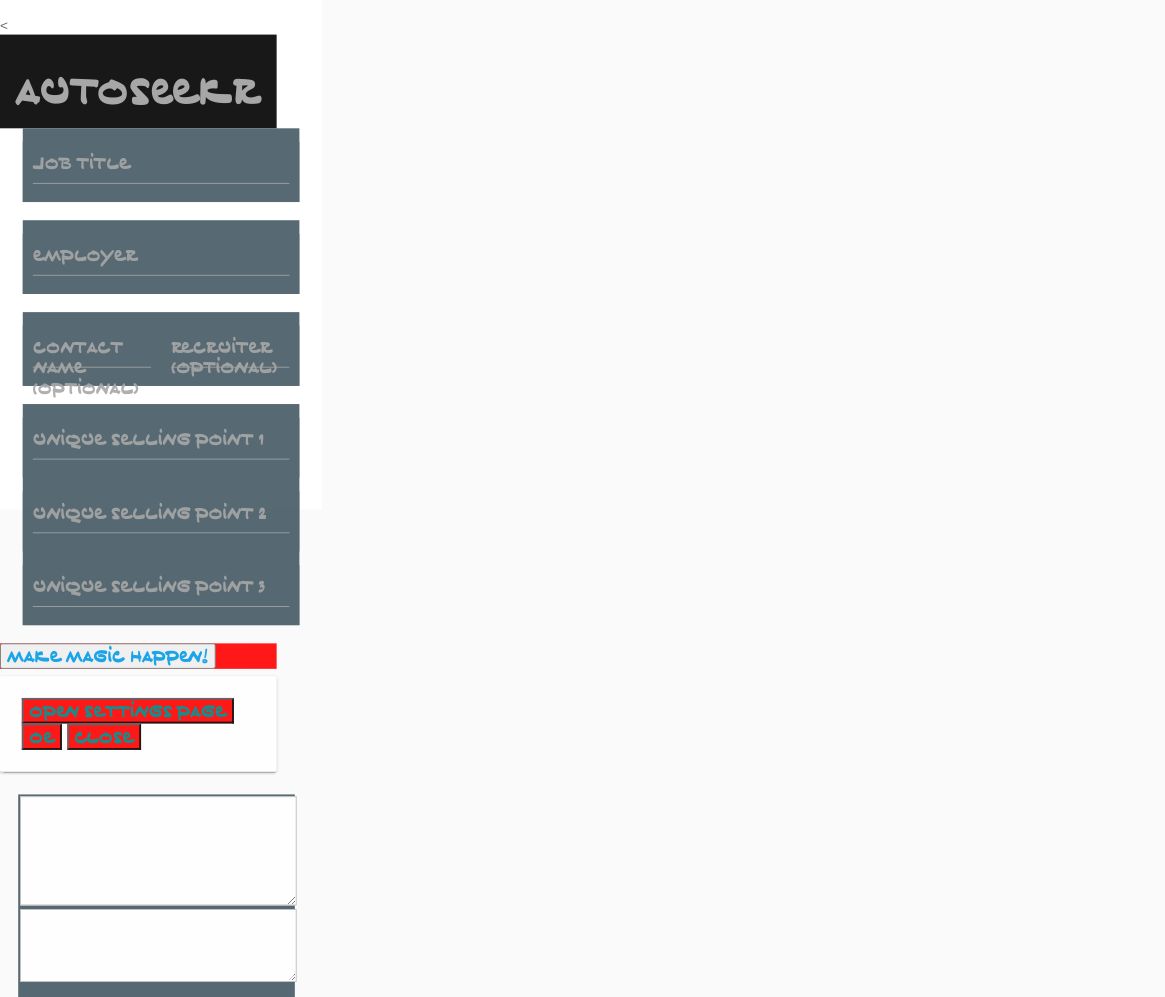
Repository: trendy77/autoJobbrr
Page: popup.html
An editor plug-in stored every save of this project. The page is shown before and after the next save, followed by the edit.
The browser window is 1280 px wide. The pictures show the whole page, at 91% of full size.

Above is the page before, as saved 2018-08-10 00:15:55.
Console error: ReferenceError: createJobForm is not defined

### popup.html
<html>

  <head>
    <title>AutoAdder</title>
    <link rel="stylesheet" type="text/css" href="css/style.css">
    <link href="css/materialize.min.css" rel="stylesheet">
    <script src="js/jquery-3.3.1.min.js"></script>
    <script src="js/materialize.min.js"></script>
    <script src="js/sample_support.js"></script>
    <script src="js/header.js"></script>
    <

          <link rel="manifest" href="manifest.webmanifest">
      </head>
      <body class="section white">
            <div id="title" class="section no-pad-bot black">
            <h4 style="font-family:tinyHands; src:('fonts/tinyHands.woff')" class="header center grey-text">autoSEEKr</h4>
          </div>
              <div class="row">
                <div class="input-field col s12">
                <input id="tit" type="text" class="validate">
                <label for="tit" id="ti">Job Title</label>
              </div>
            </div>
            <div class="row">
              <div class="input-field col s12">
                <input id="employ" type="text" class="validate">
                <label for="employ" id="emplo">Employer</label>
              </div>
            </div>
            <div class="row">
              <div class="input-field col s6">
                <input id="cont" type="text">
                <label for="cont" id="con">Contact Name (optional)</label>
              </div>
              <div class="input-field col s6">
                <input id="rec" type="text" class="no-validate">
                <label for="rec" id="re">Recruiter (optional)</label>
              </div>
            </div>
            <div class="row">
              <div class="input-field col s12">
                <input id="uspi" type="text" class="no-validate">
                <label for="uspi" id="usi">Unique Selling Point 1</label>
              </div>
              <div class="input-field col s12">
                <input id="uspii" type="text" class="no-validate">
                <label for="uspii" id="usii">Unique Selling Point 2</label>
              </div>
              <div class="input-field col s12">
                <input id="uspiii" type="text" class="no-validate">
                <label for="uspiii" id="usiii">Unique Selling Point 3</label>
              </div>
            </div>
      <script>
        createJobForm();
        var optsButton,goButton,exec_info_div, exec_data, exec_result;
        document.querySelector('#optsButton').addEventListener(function () {
          // INSTEAD OF : document.getElementById('').onclick = function() {
            if (chrome.runtime.openOptionsPage) {
              chrome.runtime.openOptionsPage();
                } else {
                  window.open(chrome.runtime.getURL('options.html'));
                }
              });
              document.querySelector('#begin').addEventListener(function () {
                    //document.getElementById('begin').onclick = function() {
                    let checkboxes = document.getElementsByTagName('input');
                    for (i = 0; i < checkboxes.length; i++) {
                      let disBox = checkboxes[i];

                      if (checkboxes[i].value != "") {
                        newArr[i].value = checkboxes[i].value;
                      } else {
                        alert('forgot :' + newArr[i].title);
                      }
                    }
                    sendDataToExecutionAPIData();
                    // popup results?
                    //window.close();
              });

              document.querySelector('#tit').addEventListener(function () {
                // INSTEAD OF : document.getElementById('').onclick = function() {
                if (chrome.runtime.openOptionsPage) {
                  chrome.runtime.openOptionsPage();
                } else {
                  window.open(chrome.runtime.getURL('options.html'));
                }
              });
              document.querySelector('#emplo').addEventListener(function () {
                window.open(chrome.runtime.getURL('options.html'));
                sendDataToExecutionAPIData();
                    // popup results?
                    //window.close();
              });
            window.onload = executionAPIExample.onload;
            </script>
          </form>
        </div>
        <div class="card-action">
          <a href="#">
            <button id="begin">Make Magic Happen!</button>
          </a>
        </div>
        <div class="card-panel hoverable" id="options">
          <button class="card-action" id="optsButton">Open Settings Page</button>
          <button class="card-action" id="opButton">Oe</button>
          <button class="card-action" id="close">Close</button>
        </div>
        <div id="exec_info"></div>
        <div class="log">
          <textarea id="__sample_support_logarea" disabled></textarea>
          <textarea id="exec_data"></textarea>
          <span id="exec_result"></span>
          </p>
        </div>
  </body>

</html>

### css/style.css
html,
body {
    margin: 0;
    font-family: 'Open Sans Regular', sans;
    color: #666;
    background: #fafafa;
    width: 354px;
    height: 560px;
}

.header {
    align-content: center;
    text-align: center;
    padding: 10px 0 10px 0;
}

.header hr {
    height: 6px;
    border: none;
    margin-top: 20px;
    background: -webkit-linear-gradient(0deg, rgb(51, 105, 232) 0%, rgb(51, 105, 232) 25%, rgb(222, 30, 37) 25%, rgb(222, 30, 37) 50%, rgb(255, 210, 0) 50%, rgb(255, 210, 0) 75%, rgb(76, 187, 71) 75%, rgb(76, 187, 71) 100%);
}


.flow {
    margin: 10px 20px 20px 20px;
    border: 1px solid #ddd;
    padding: 8px;
    background: white;
}

.flow button {
    cursor: pointer;
    background: -webkit-linear-gradient(top, #008dfd 0, #0370ea 100%);
    border: 1px solid #076bd2;
    text-shadow: 1px 1px 1px #076bd2;
    color: white;
    font-weight: 700;
    font-size: 13px;
    margin: .5em 0 1em;
    padding: 8px 17px 8px 17px;
    border-radius: 3px;
}

.flow button.error {
    background: -webkit-linear-gradient(top, #008dfd 0, #0370ea 100%);
    border: 1px solid #076bd2;
    text-shadow: 1px 1px 1px #076bd2;
    color: white;
    font-weight: 700;
    font-size: 13px;
    margin: .5em 0 1em;
    padding: 8px 17px 8px 17px;
    border-radius: 3px;
}

.flow button:disabled {
    background: -webkit-linear-gradient(top, #dcdcdc 0, #fafafa 100%);
    color: #999;
    text-shadow: 1px 1px 1px #fafafa;
    border: 1px solid #ddd;
    cursor: auto;
}

.flow button.loading {
    background-color: #008dfd;
}

.flow button.loading:before {
    content: '';
    position: absolute;
    height: 5px;
    background-color: inherit;
    left: 0;
    bottom: 0;
    will-change: left, right;
    -webkit-animation: indeterminate 2.1s cubic-bezier(0.65, 0.815, 0.735, 0.395) infinite;
    animation: indeterminate 2.1s cubic-bezier(0.65, 0.815, 0.735, 0.395) infinite;
}

.flow button.loading:after {
    content: '';
    position: absolute;
    height: 5px;
    background-color: inherit;
    left: 0;
    bottom: 0;
    will-change: left, right;
    -webkit-animation: indeterminate-short 2.1s cubic-bezier(0.165, 0.84, 0.44, 1) infinite;
    animation: indeterminate-short 2.1s cubic-bezier(0.165, 0.84, 0.44, 1) infinite;
    -webkit-animation-delay: 1.15s;
    animation-delay: 1.15s;
}

@-webkit-keyframes indeterminate {
    0% {
        left: -35%;
        right: 100%;
    }
    60% {
        left: 100%;
        right: -90%;
    }
    100% {
        left: 100%;
        right: -90%;
    }
}

@keyframes indeterminate {
    0% {
        left: -35%;
        right: 100%;
    }
    60% {
        left: 100%;
        right: -90%;
    }
    100% {
        left: 100%;
        right: -90%;
    }
}

@-webkit-keyframes indeterminate-short {
    0% {
        left: -200%;
        right: 100%;
    }
    60% {
        left: 107%;
        right: -8%;
    }
    100% {
        left: 107%;
        right: -8%;
    }
}

@keyframes indeterminate-short {
    0% {
        left: -200%;
        right: 100%;
    }
    60% {
        left: 107%;
        right: -8%;
    }
    100% {
        left: 107%;
        right: -8%;
    }
}

.log {
    margin: 10px 20px 20px 20px;
}

.log textarea {
    width: 100%;
    min-height: 120px;
    font-family: "Courier New", Courier, monospace;
    margin: 2px;
    background: #FFFFFF;
    color: #727272;
    border: 1px solid rgb(182, 182, 182);
}

#exec_data {
    min-height: 80px;
}

@font-face {
    font-family: 'tinyHands';
    src: url('fonts/bf.eot');
    src: url('fonts/bf.eot?#iefix') format('embedded-opentype'), /* IE6-IE8 */
    url('fonts/bf.woff2') format('woff2'), /* Super Modern Browsers */
    url('fonts/bf.woff') format('woff'), /* Pretty Modern Browsers */
    url('fonts/bf.ttf') format('truetype'), /* Safari, Android, iOS */
    url('fonts/bf.svg#svgbf') format('svg');
}

h5,
h1,
h2,
h3,
h4,
h6 {
    font-family: tinyHands;
}

#card-title {
    background-color: #000000;
}

body #popup {
    opacity: 0.7;
    width: 200px;
    height:400px;
    background-color: darkslategrey;
    color: rgb(94, 7, 233);
}

div {
    background: #455a64;
    color: teal;
    opacity: 0.9;
    width: 86%;
    justify-items: center;
    align-content: center;
}

div:hover {
    opacity: 1;
    text-transform: full-width;
}

header#masthead a {
    color: #fff;
}

.nav-links .btn {
    background: #2196f3;
}

/* Navigation */

.nav {
    color: rgb(15, 4, 4);
    background-color: #64b5f6;
    width: 100%;
    height: 56px;
    line-height: 56px;
    overflow: hidden;
}

nav ul li:hover,
nav ul li.active {
    background-color: #1976d2;
}

/* Content */

.card .card-title,
.card .card-title a {
    color: #5dd219;
}

.card a:hover {
    color: #64b5f6;
}

.card-action {
    background: red;
}

.card a {
    color: #039be5;
    margin-right: 0;
    -webkit-transition: color 0.3s ease;
    -moz-transition: color 0.3s ease;
    -o-transition: color 0.3s ease;
    -ms-transition: color 0.3s ease;
    transition: color 0.3s ease;
    text-transform: uppercase;
}

@media screen and (max-width: 568px) {
    .card .card-image .card-title {
        position: relative;
        bottom: 0;
        left: 0;
        padding: 0;
    }
    h1.entry-title {
        font-size: 2.0rem;
        text-transform: none;
        line-height: 2.4rem;
        padding: 0 1.2rem;
    }
    .entry-meta {
        padding: 0 1.2rem;
        font-size: 22px;
    }
}

nav ul a,
nav .brand-logo {
    color: #444;
}

p {
    line-height: 2rem;
}

.sidenav-trigger {
    color: #26a69a;
}
html {
    overflow-x: hidden;
}

body {
    font-family: tinyHands, sans-serif;
}

.app {
    width: 100%;
    margin-top: 7px;
    margin-bottom: 7px;
    margin-left: 2px;
    margin-right: 20px;
    white-space: nowrap;
}

.app img {
    vertical-align: middle;
    height: 38px;
    width: 38px;
}

.app_title {
    vertical-align: middle;
    margin-left: 5px;
}

.app:hover {
    background-color: rgb(250, 250, 250);
    cursor: pointer;
    outline: 1px dotted rgb(100, 100, 200);
}

.app_selected,
.app_selected:hover {
    background-color: rgb(230, 230, 230);
}

#appstore_link {
    display: none;
}

### js/sample_support.js
'use strict';
(function(context){
  function Logger(log_area) {
    this.setLogArea(log_area);
  }
  Logger.prototype.setLogArea = function(log_area) {
    this.log_area = log_area;
  }
  Logger.prototype.log = function(message, currentWindow, currentAppWindowId) {
    currentWindow.console.log(message);
    if (this.log_area) {
      // convert the message to string, if necessary
      var messageStr = message;
      if (typeof(message) != 'string') {
        messageStr = JSON.stringify(message);
      }
      // log to the textarea HTML element
      this.log_area.innerText += messageStr;
      // if this is not the window with the log area, log to its console too
      if (this.log_area.ownerDocument &&
          this.log_area.ownerDocument.defaultView &&
          this.log_area.ownerDocument.defaultView != currentWindow) {
        this.log_area.ownerDocument.defaultView.console.log(
          "[WIN:"+currentAppWindowId+"]",message);
      }
    }
  };
  function SampleSupport() {
  }
  SampleSupport.prototype.log = function(message) {
    this.logger.log(message, window);
  };
  SampleSupport.SNIPPET_WIN_ID = 'show_snippets';
  SampleSupport.OPEN_SNIPPETS_ANCHOR_ID = '_open_snippets';
  SampleSupport.LOG_AREA_ID = '__sample_support_logarea';
  SampleSupport.prototype.addListeners = function() {
    var open_snippets = document.getElementById(
      SampleSupport.OPEN_SNIPPETS_ANCHOR_ID);
    if (open_snippets) {
      open_snippets.addEventListener('click', function(e) {
        e.preventDefault();
        chrome.app.window.create('sample_support/show_snippets.html',
          { "id": SampleSupport.SNIPPET_WIN_ID,
            "innerBounds": {
              "width": 760,
              "height": 760
            }
          });
      });
    }
  };
  SampleSupport.prototype.initializeLogger = function() {
    var log_area = document.getElementById(SampleSupport.LOG_AREA_ID);
    // get Logger reference from background page, so
    // all other windows can access it
    chrome.runtime.getBackgroundPage( function(bgpage) {
      this.logger = bgpage.sample_logger;
      // replace existing log area if new log_area is valid
      if (this.logger && log_area) {
        this.logger.setLogArea(log_area);
      }
      // create a new logger
      if (!this.logger) {
        this.logger = new Logger(log_area);
        bgpage.sample_logger = this.logger;
      }
    }.bind(this));
}
  SampleSupport.prototype.init = function(e) {
    this.initializeLogger();
    this.addListeners();
  };
  context.SampleSupport = SampleSupport;
})(window);
window.sampleSupport = new SampleSupport();
window.addEventListener('DOMContentLoaded',
  window.sampleSupport.init.bind(window.sampleSupport));

### js/header.js
// Copyright (c) 2012 The Chromium Authors. All rights reserved.
// Use of this source code is governed by a BSD-style license that can be
// found in the LICENSE file.

var tabId = parseInt(window.location.search.substring(1));

window.addEventListener("load", function() {
  chrome.debugger.sendCommand({tabId:tabId}, "Network.enable");
  chrome.debugger.onEvent.addListener(onEvent);
});

window.addEventListener("unload", function() {
  chrome.debugger.detach({tabId:tabId});
});

var requests = {};

function onEvent(debuggeeId, message, params) {
  if (tabId != debuggeeId.tabId)
    return;

  if (message == "Network.requestWillBeSent") {
    var requestDiv = requests[params.requestId];
    if (!requestDiv) {
      var requestDiv = document.createElement("div");
      requestDiv.className = "request";
      requests[params.requestId] = requestDiv;
      var urlLine = document.createElement("div");
      urlLine.textContent = params.request.url;
      requestDiv.appendChild(urlLine);
    }

    if (params.redirectResponse)
      appendResponse(params.requestId, params.redirectResponse);

    var requestLine = document.createElement("div");
    requestLine.textContent = "\n" + params.request.method + " " +
        parseURL(params.request.url).path + " HTTP/1.1";
    requestDiv.appendChild(requestLine);
    document.getElementById("container").appendChild(requestDiv);
  } else if (message == "Network.responseReceived") {
    appendResponse(params.requestId, params.response);
  }
}

function appendResponse(requestId, response) {
  var requestDiv = requests[requestId];
  requestDiv.appendChild(formatHeaders(response.requestHeaders));

  var statusLine = document.createElement("div");
  statusLine.textContent = "\nHTTP/1.1 " + response.status + " " +
      response.statusText;
  requestDiv.appendChild(statusLine);
  requestDiv.appendChild(formatHeaders(response.headers));
}

function formatHeaders(headers) {
  var text = "";
  for (name in headers)
    text += name + ": " + headers[name] + "\n";
  var div = document.createElement("div");
  div.textContent = text;
  return div;
}

function parseURL(url) {
  var result = {};
  var match = url.match(
      /^([^:]+):\/\/([^\/:]*)(?::([\d]+))?(?:(\/[^#]*)(?:#(.*))?)?$/i);
  if (!match)
    return result;
  result.scheme = match[1].toLowerCase();
  result.host = match[2];
  result.port = match[3];
  result.path = match[4] || "/";
  result.fragment = match[5];
  return result;
}

Loaded but not shown: css/materialize.min.css (library); js/jquery-3.3.1.min.js (library); js/materialize.min.js (library)

After the next save:
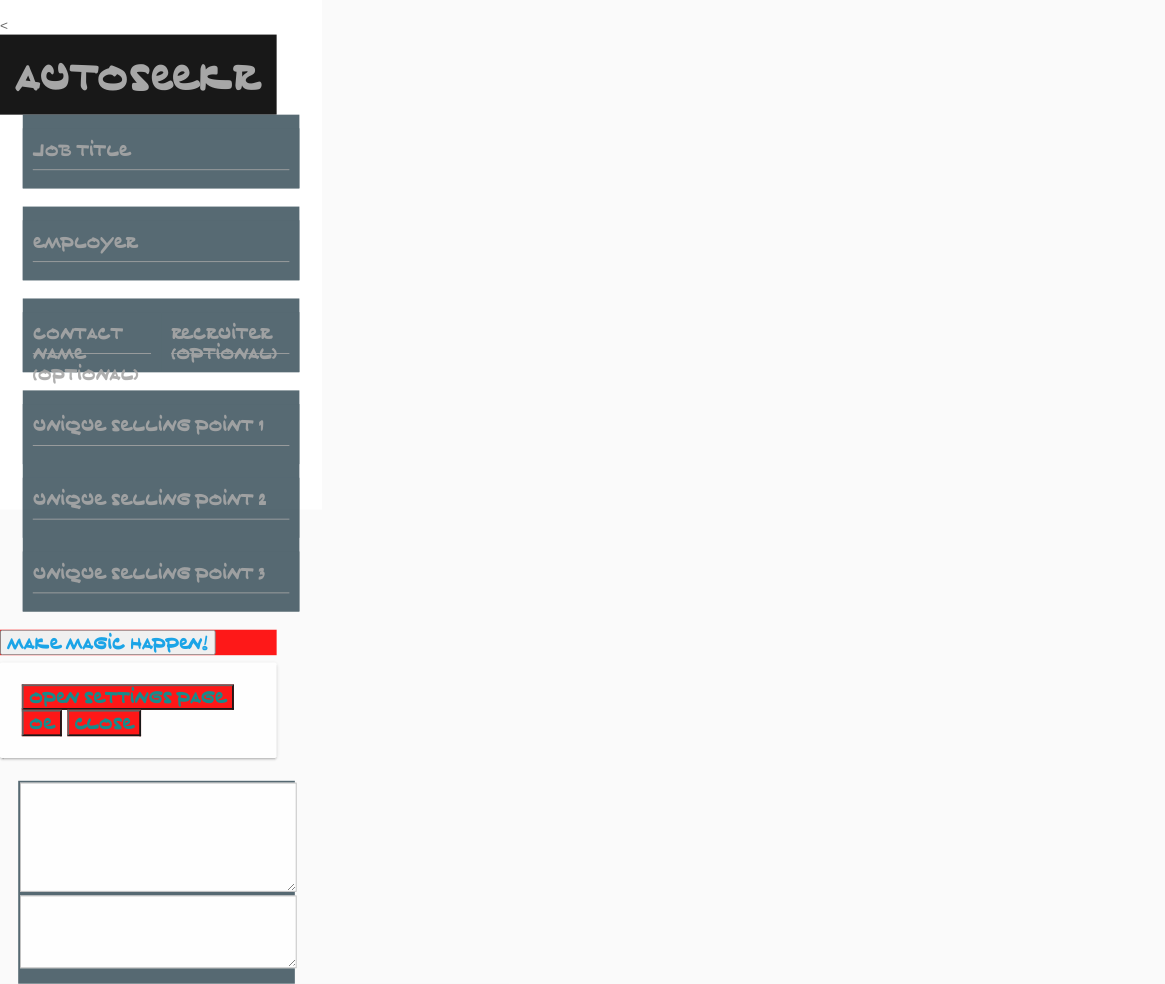
Saved 31 s later.
--- a/popup.html
+++ b/popup.html
@@ -13,7 +13,7 @@
           <link rel="manifest" href="manifest.webmanifest">
       </head>
       <body class="section white">
-            <div id="title" class="section no-pad-bot black">
+            <div id="title" class="section no-pad black">
             <h4 style="font-family:tinyHands; src:('fonts/tinyHands.woff')" class="header center grey-text">autoSEEKr</h4>
           </div>
               <div class="row">
